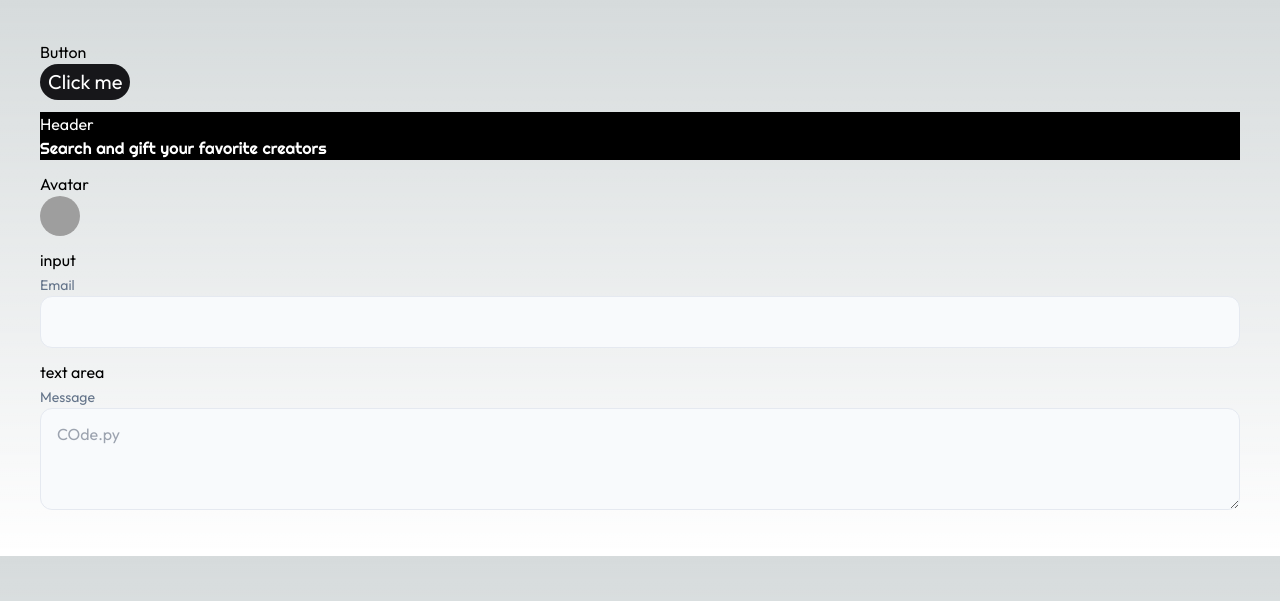
Repository: felixdusengimana/capstone-project-mirror
Page: /components (app in frontend/)
These files come from the project's save history. The page is drawn as it stood at one moment and after the next save; the edit follows.
The browser window is 1280 px wide. The pictures show the whole page.
Pictures or frames that could not be fetched are drawn as grey boxes. The project was rebuilt for these pictures with package versions that can differ from the ones it lists, and the page was loaded fresh each time. The framework's server and built-in components were replaced by stand-ins that run in the browser. Also part of the build but not shown: frontend/next.config.mjs, frontend/components/atoms/Icon.tsx.

Above is the page before, as saved 2024-03-11 11:43:13.

### frontend/app/layout.tsx
import type { Metadata } from "next";
import { Righteous, Outfit } from "next/font/google";
import "./globals.css";

const outfit = Outfit({ subsets: ["latin"], variable: "--font-outfit" });
const righteous = Righteous({
  subsets: ["latin"],
  variable: "--font-righteous",
  weight: "400",
});

export const metadata: Metadata = {
  title: "Pesatone - Search and gift your favorite creators",
  description:
    "A place where fans show gratitude to the African content creators they love!",
};

export default function RootLayout({
  children,
}: Readonly<{
  children: React.ReactNode;
}>) {
  return (
    <html lang="en">
      <body className={`${outfit.variable} ${righteous.variable} font-sans`}>
        {children}
      </body>
    </html>
  );
}

### frontend/app/components/page.tsx
import Avatar from "@/components/atoms/Avatar";
import Button from "@/components/atoms/Button";
import Headline from "@/components/atoms/Headline";
import Input from "@/components/atoms/Input";
import TextArea from "@/components/atoms/TextArea";
import React from "react";

export default function page() {
  return (
    <div className="p-10 flex flex-col gap-3">
      <div>
        <h1>Button</h1>
        <Button variant="secondary" size="sm">
          Click me
        </Button>
      </div>
      <div className="bg-black">
        <h1 className="text-white">Header</h1>
        <Headline>Search and gift your favorite creators</Headline>
      </div>
      <div>
        <h1>Avatar</h1>
        <Avatar src="https://letsenhance.io/static/8f5e523ee6b2479e26ecc91b9c25261e/1015f/MainAfter.jpg" />
      </div>
      <div>
        <h1>input</h1>
        <Input label="Email" />
      </div>
      <div>
        <h1>text area</h1>
        <TextArea placeholder="COde.py" label="Message" />
      </div>
    </div>
  );
}

### frontend/app/globals.css
@tailwind base;
@tailwind components;
@tailwind utilities;

:root {
  --bg: #171719;
  --bg-hover: #232326;
  --secondary-color: #17171A;
  --foreground-rgb: 0, 0, 0;
  --background-start-rgb: 214, 219, 220;
  --background-end-rgb: 255, 255, 255;
}

@media (prefers-color-scheme: dark) {
  :root {
    --foreground-rgb: 255, 255, 255;
    --background-start-rgb: 0, 0, 0;
    --background-end-rgb: 0, 0, 0;
  }
}

body {
  color: rgb(var(--foreground-rgb));
  background: linear-gradient(to bottom,
      transparent,
      rgb(var(--background-end-rgb))) rgb(var(--background-start-rgb));
}

@layer utilities {
  .text-balance {
    text-wrap: balance;
  }
}

.page-padding {
  padding: 0 252px;
}

### frontend/components/atoms/Avatar.tsx
/* eslint-disable @next/next/no-img-element */
import { ComponentProps } from "react";
import Icon from "./Icon";

interface AvatarProps extends ComponentProps<"div"> {
  src: string;
  alt?: string;
  size?: "sm" | "md" | "lg" | "xl" | "2xl";
  circle?: boolean;
  bordered?: boolean;
  fallBackText?: string;
}
export default function Avatar({ ...props }: AvatarProps) {
  const {
    src,
    alt,
    size = "sm",
    circle = true,
    fallBackText,
    bordered,
    ...rest
  } = props;

  const sizeClasses = {
    sm: "w-10 h-10",
    md: "w-12 h-12",
    lg: "w-16 h-16",
    xl: "w-[150px] h-[150px]",
    "2xl": "w-[202px] h-[202px]",
  };

  return (
    <div
      {...rest}
      className={`bg-gray-100 ${circle ? "rounded-full" : "rounded"} ${
        bordered ? "border-2 border-white" : ""
      } ${sizeClasses[size]} ${
        rest.className
      } flex items-center justify-center overflow-hidden`}
    >
      {src ? (
        <img
          src={src}
          alt={alt}
          className={`w-full ${sizeClasses[size]} object-cover`}
        />
      ) : fallBackText ? (
        fallBackText
      ) : (
        <Icon name="user" />
      )}
    </div>
  );
}

### frontend/components/atoms/Button.tsx
import { ComponentProps } from "react";

interface ButtonProps extends ComponentProps<"button"> {
  variant?: "dark" | "white" | "blurred" | "secondary";
  size?: "sm" | "md" | "lg";
  bordered?: boolean;
}

export default function Button({ ...props }: ButtonProps) {
  const { variant = "dark", size = "md", bordered = false } = props;

  const variantClasses = {
    dark: "bg-black text-white",
    white: "bg-white text-black",
    secondary: "bg-secondary text-white",
    blurred: "bg-blurred text-white",
  };

  const sizeClasses = {
    sm: "px-2 py-1",
    md: "px-8 py-4",
    lg: "px-6 py-3",
  };

  const borderClasses = bordered ? "border border-black" : "";

  return (
    <button
      {...props}
      className={`text-xl font-normal rounded-full ${variantClasses[variant]} ${sizeClasses[size]} ${borderClasses} ${props.className}`}
    >
      {props.children}
    </button>
  );
}

### frontend/components/atoms/Headline.tsx
import { ComponentProps } from "react";

interface HeadlineProps extends ComponentProps<"h1"> {}

export default function Headline({ ...props }: HeadlineProps) {
  return (
    <div className={`font-mono text-white ${props.className}`}>
      {props.children}
    </div>
  );
}

### frontend/components/atoms/Input.tsx
import { ComponentProps, useId } from "react";

interface InputProps extends ComponentProps<"input"> {
  label?: string;
  labelStyle?: string;
}

export default function Input({ ...props }: InputProps) {
  const { label, labelStyle } = props;
  const id = useId();

  return (
    <div>
      {label && (
        <label
          className={`text-[#64748A] text-sm font-normal mb-1 ${labelStyle}`}
          htmlFor={props.id ?? id}
        >
          {label}
        </label>
      )}
      <input
        {...props}
        className={`bg-slate-50 py-[13px] px-4 border border-[#E5E9F0] outline-none w-full rounded-xl ${props.className}`}
        id={props.id ?? id}
      />
    </div>
  );
}

### frontend/components/atoms/TextArea.tsx
import { ComponentProps, useId } from "react";

interface TextAreaProps extends ComponentProps<"textarea"> {
  label?: string;
  labelStyle?: string;
}

export default function TextArea({ ...props }: TextAreaProps) {
  const { label, labelStyle } = props;
  const id = useId();

  return (
    <div>
      {label && (
        <label
          className={`text-[#64748A] text-sm font-normal mb-1 ${labelStyle}`}
          htmlFor={props.id ?? id}
        >
          {label}
        </label>
      )}
      <textarea
        {...props}
        className={`bg-slate-50 py-[13px] min-h-[102px] px-4 border border-[#E5E9F0] outline-none w-full rounded-xl ${props.className}`}
        id={props.id ?? id}
      />
    </div>
  );
}

### frontend/tailwind.config.ts
import type { Config } from "tailwindcss";

const config: Config = {
  content: [
    "./pages/**/*.{js,ts,jsx,tsx,mdx}",
    "./components/**/*.{js,ts,jsx,tsx,mdx}",
    "./app/**/*.{js,ts,jsx,tsx,mdx}",
  ],
  theme: {
    extend: {
      // backgroundImage: {
      //   "gradient-radial": "radial-gradient(var(--tw-gradient-stops))",
      //   "gradient-conic":
      //     "conic-gradient(from 180deg at 50% 50%, var(--tw-gradient-stops))",
      // },
      fontFamily: {
        sans: ["var(--font-outfit)"],
        mono: ["var(--font-righteous)"],
      },
      colors: {
        secondary: "var(--secondary-color)",
      },
    },
  },
  plugins: [],
};
export default config;

After the next save:
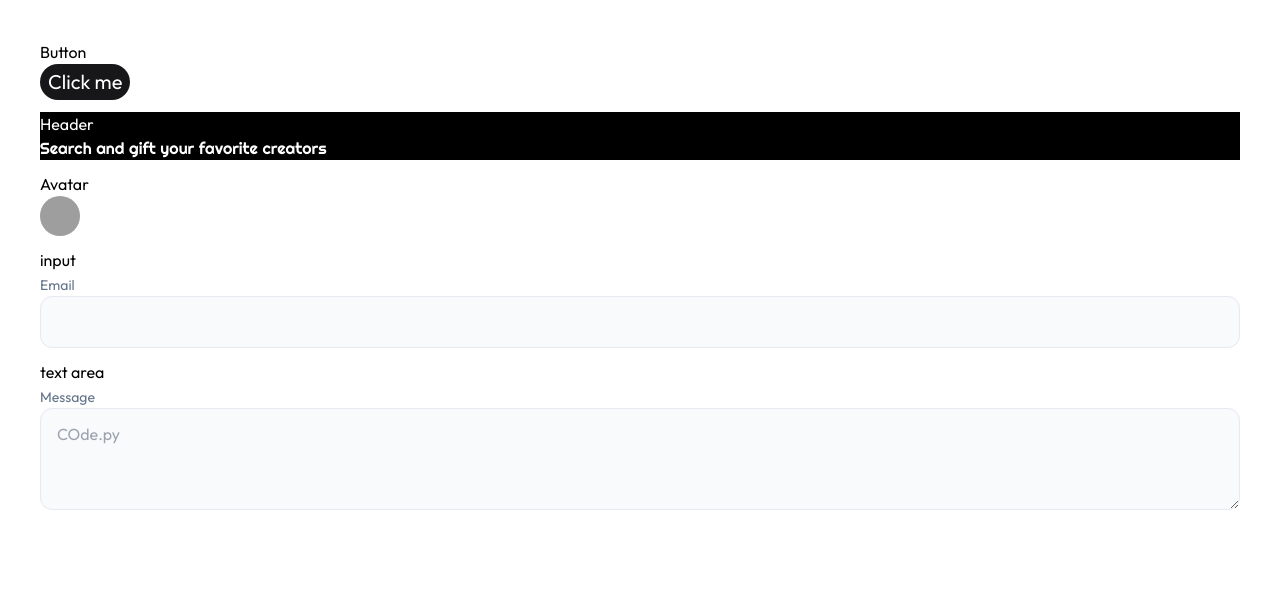
Saved 8 s later.
--- a/frontend/app/globals.css
+++ b/frontend/app/globals.css
@@ -19,12 +19,7 @@
   }
 }
 
-body {
-  color: rgb(var(--foreground-rgb));
-  background: linear-gradient(to bottom,
-      transparent,
-      rgb(var(--background-end-rgb))) rgb(var(--background-start-rgb));
-}
+body {}
 
 @layer utilities {
   .text-balance {
